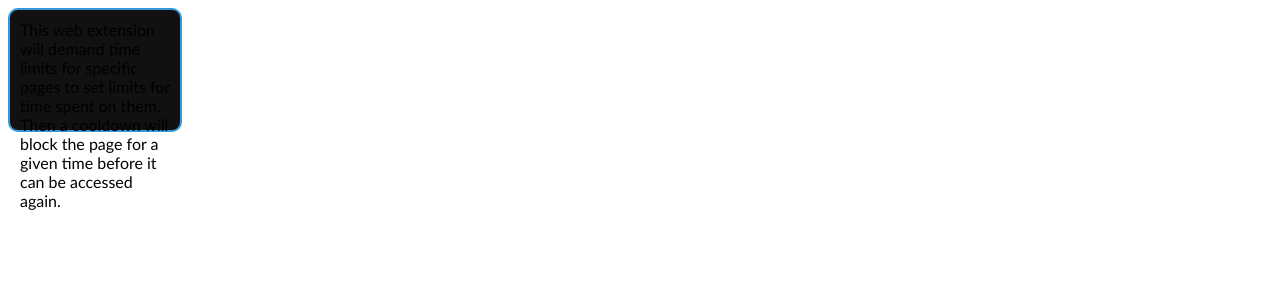
Repository: AndrlmMass/Time-management-chrome-extension
Page: popup.html
These files come from the project's save history. The page is drawn as it stood at one moment and after a run of saves; the edit follows.
The browser window is 1280 px wide. The pictures show the whole page.

Above is the page before, as saved 2023-08-22 15:15:37.

### popup.html
<!DOCTYPE html>
<html>
<head>
  <title>Popup</title>
  <link rel="stylesheet" type="text/css" href="styles.css">
</head>
<body>
  <div id="popup-container">
    <text> This web extension will demand time limits for specific pages to set limits for time spent on them. Then a cooldown will block the page for a given time before it can be accessed again.</text>
  </div>
  <script src="popup.js"></script>
</body>
</html>

### styles.css
@font-face {
  font-family: 'CustomFont';
  src: url('path/to/font.woff2') format('woff2'),
       url('path/to/font.woff') format('woff');
}

body {
  font-family: 'Calibri', sans-serif;
}

#popup-container {
    padding: 10px; /* Add padding to create space between text and border */
    margin: 0; /* Reset margin */
    width: 300px; /* Set a fixed width for the popup container */
    background-color: #111111; /* Background color */
    border: 2px solid #3498db; /* Border color and thickness */
    border-radius: 10px; /* Rounded corners */
  }

### popup.js
document.addEventListener('DOMContentLoaded', function() {
  // Get the popup's main container element
  const popupContainer = document.getElementById('popup-container');

  // Set custom width and height
  popupContainer.style.width = '150px';    // Adjust width as needed
  popupContainer.style.height = '100px';   // Adjust height as needed
});

After the next 2 saves:
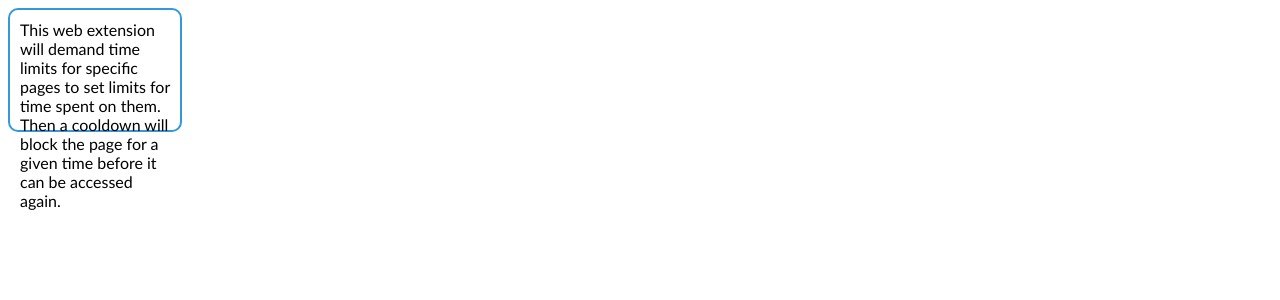
The 2 saves are shown as one change because they came seconds apart.
The last was saved 21 s later.
--- a/styles.css
+++ b/styles.css
@@ -12,7 +12,7 @@ body {
     padding: 10px; /* Add padding to create space between text and border */
     margin: 0; /* Reset margin */
     width: 300px; /* Set a fixed width for the popup container */
-    background-color: #111111; /* Background color */
+    background-color: #FFFFFF; /* Background color */
     border: 2px solid #3498db; /* Border color and thickness */
     border-radius: 10px; /* Rounded corners */
   }
